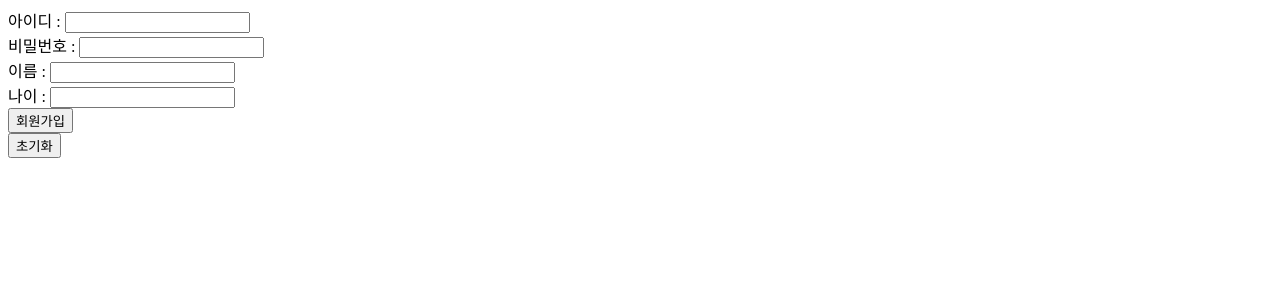
Repository: Kimhwawon/jsp_practice
Page: http://localhost/JSPBasic/JsObject/1.requests/req_join_form.jsp
An editor plug-in stored every save of this project. The page is shown before and after the next save, followed by the edit.
The browser window is 1280 px wide. The pictures show the whole page.
The page is served by Tomcat 9.

Above is the page before, as saved 2022-02-04 02:18:05.

### JSPBasic/src/main/webapp/JsObject/1.requests/req_join_form.jsp
<%@ page language="java" contentType="text/html; charset=UTF-8"
    pageEncoding="UTF-8"%>
<!DOCTYPE html>
<html>
<head>
<meta charset="UTF-8">
<title>Insert title here</title>
</head>
<body>
	<form action="req_join_result.jsp" method="post">
		아이디 : <input type= "text" name="id" > <br/>
		비밀번호 : <input type="password" name="pw"><br/>
		이름 : <input type="text" name="name"><br/>
		나이 : <input type="text" name="age"><br/>

		<input type="submit" value="회원가입"><br/>
		<input type="reset" value="초기화">
	</form>
</body>
</html>

After the next save:
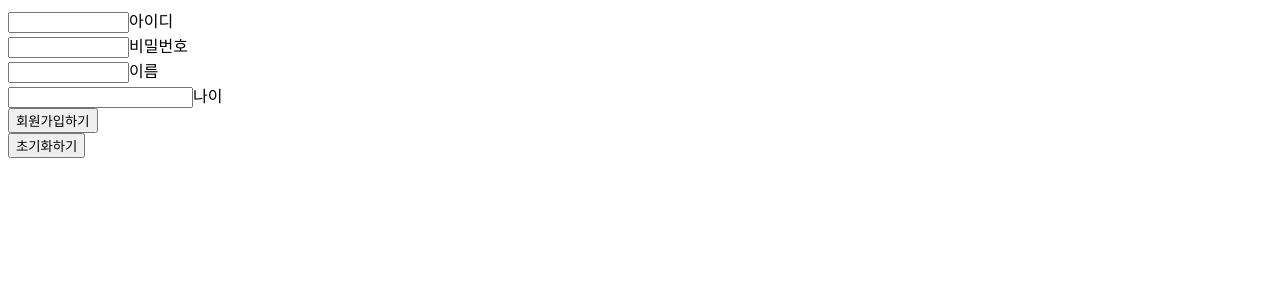
Saved 8 min 50 s later.
--- a/JSPBasic/src/main/webapp/JsObject/1.requests/req_join_form.jsp
+++ b/JSPBasic/src/main/webapp/JsObject/1.requests/req_join_form.jsp
@@ -8,13 +8,13 @@
 </head>
 <body>
 	<form action="req_join_result.jsp" method="post">
-		아이디 : <input type= "text" name="id" > <br/>
-		비밀번호 : <input type="password" name="pw"><br/>
-		이름 : <input type="text" name="name"><br/>
-		나이 : <input type="text" name="age"><br/>
+		<input type= "text" name="id" size="12px" >아이디 <br/>
+		<input type="password" name="pw" size="12px">비밀번호<br/>
+		<input type="text" name="name" size="12px">이름<br/>
+		<input type="number" name="age" size="12px">나이<br/>
 
-		<input type="submit" value="회원가입"><br/>
-		<input type="reset" value="초기화">
+		<input type="submit" value="회원가입하기"><br/>
+		<input type="reset" value="초기화하기">
 	</form>
 </body>
 </html>
